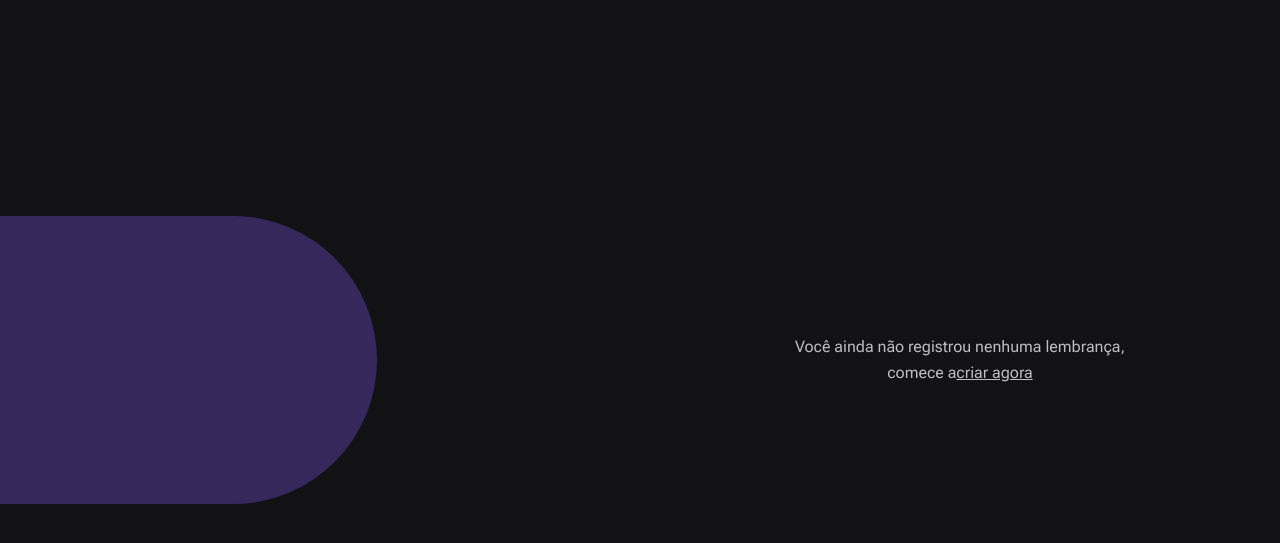
Repository: Herlander929/SpaceTime-nlw
Page: / (app in front-end/)
These files come from the project's save history. The page is drawn as it stood at one moment and after the next save; the edit follows.
The browser window is 1280 px wide. The pictures show the whole page.
Some web fonts or font styles are not loaded; a fallback is used. The project was rebuilt for these pictures with package versions that can differ from the ones it lists, and the page was loaded fresh each time. The framework's server and built-in components were replaced by stand-ins that run in the browser. Also part of the build but not shown: front-end/next.config.js.

Above is the page before, as saved 2023-05-19 09:41:37.

After the next save:
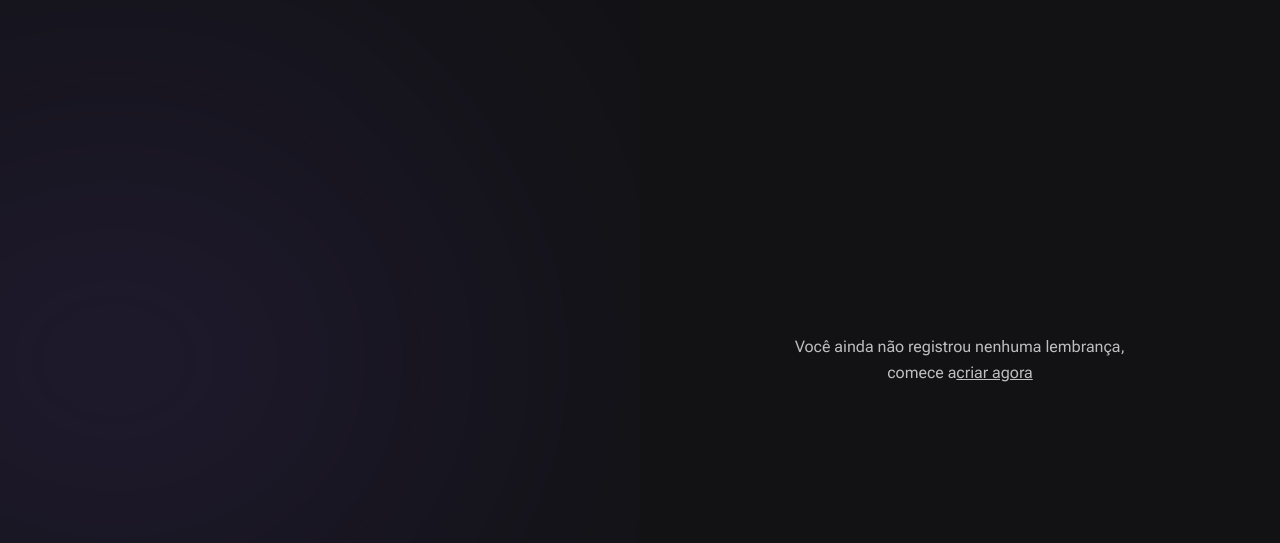
Saved 22 s later.
--- a/front-end/src/app/page.tsx
+++ b/front-end/src/app/page.tsx
@@ -2,7 +2,7 @@ export default function Home() {
   return <main className="grid grid-cols-2 min-h-screen">
     {/*Left*/ }
     <div className="relative flex flex-1 items-center justify-between overflow-hidden px-2 py-16">
-    <div className="absolute right-0 top-1/2 h-[288px] w-[526px] -translate-y-1/2 -translate-x-1/2 rounded-full bg-purple-700 opacity-50"/>
+    <div className="absolute right-0 top-1/2 h-[288px] w-[526px] -translate-y-1/2 -translate-x-1/2 rounded-full bg-purple-700 opacity-50 blur-full"/>
     </div>
   {/*Right*/ }
     <div className="flex flex-col p-16">
